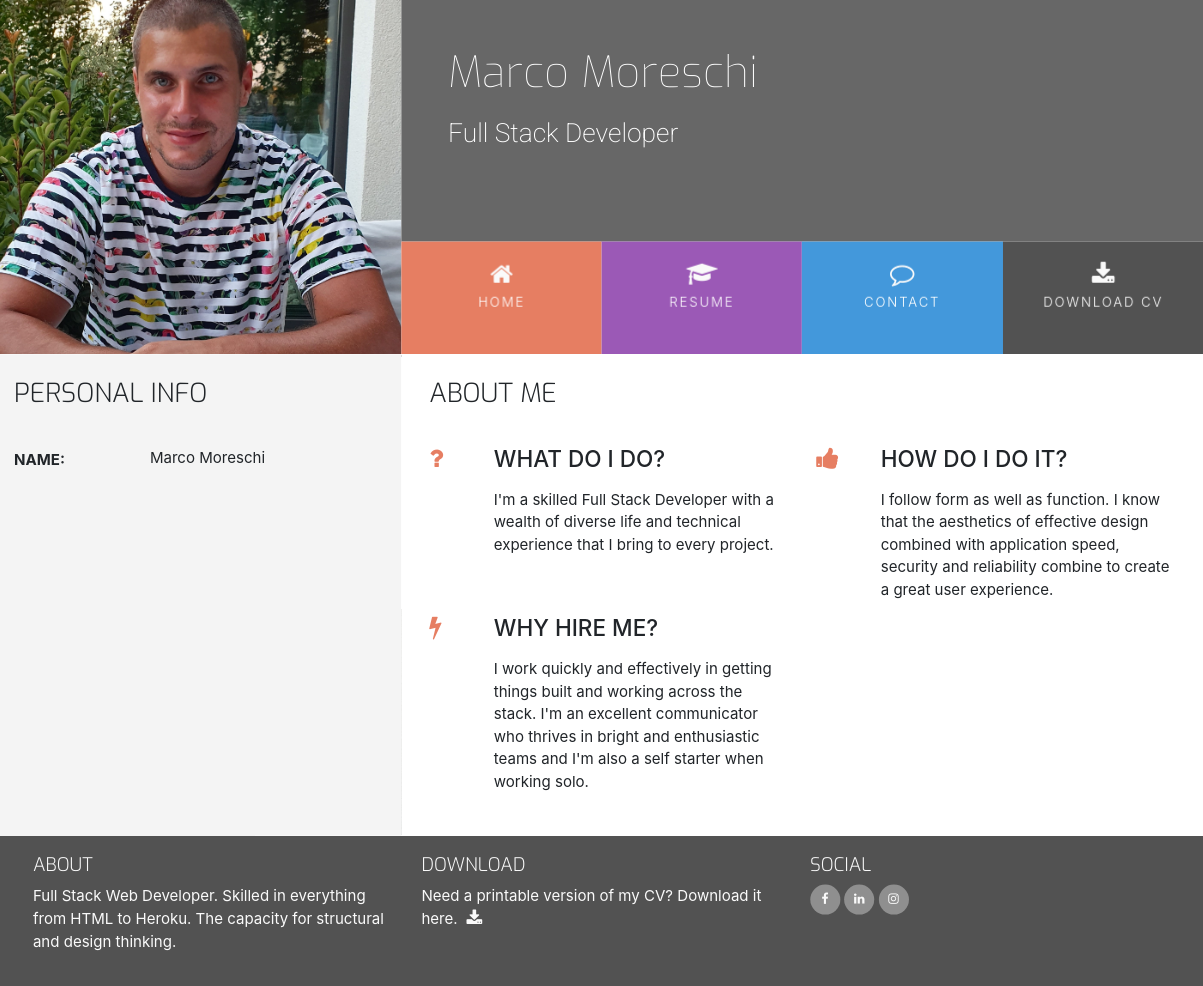
Repository: marcomoreschi/Mini-Project
Page: index.html
The author's editor kept a record of every edit. The page is drawn from the files as they stood at one moment, then again after the next edit.
The browser window is 1280 px wide. The pictures show the whole page, at 94% of full size.
Some web libraries are served in a nearby version.

Above is the page before.

After the next edit:
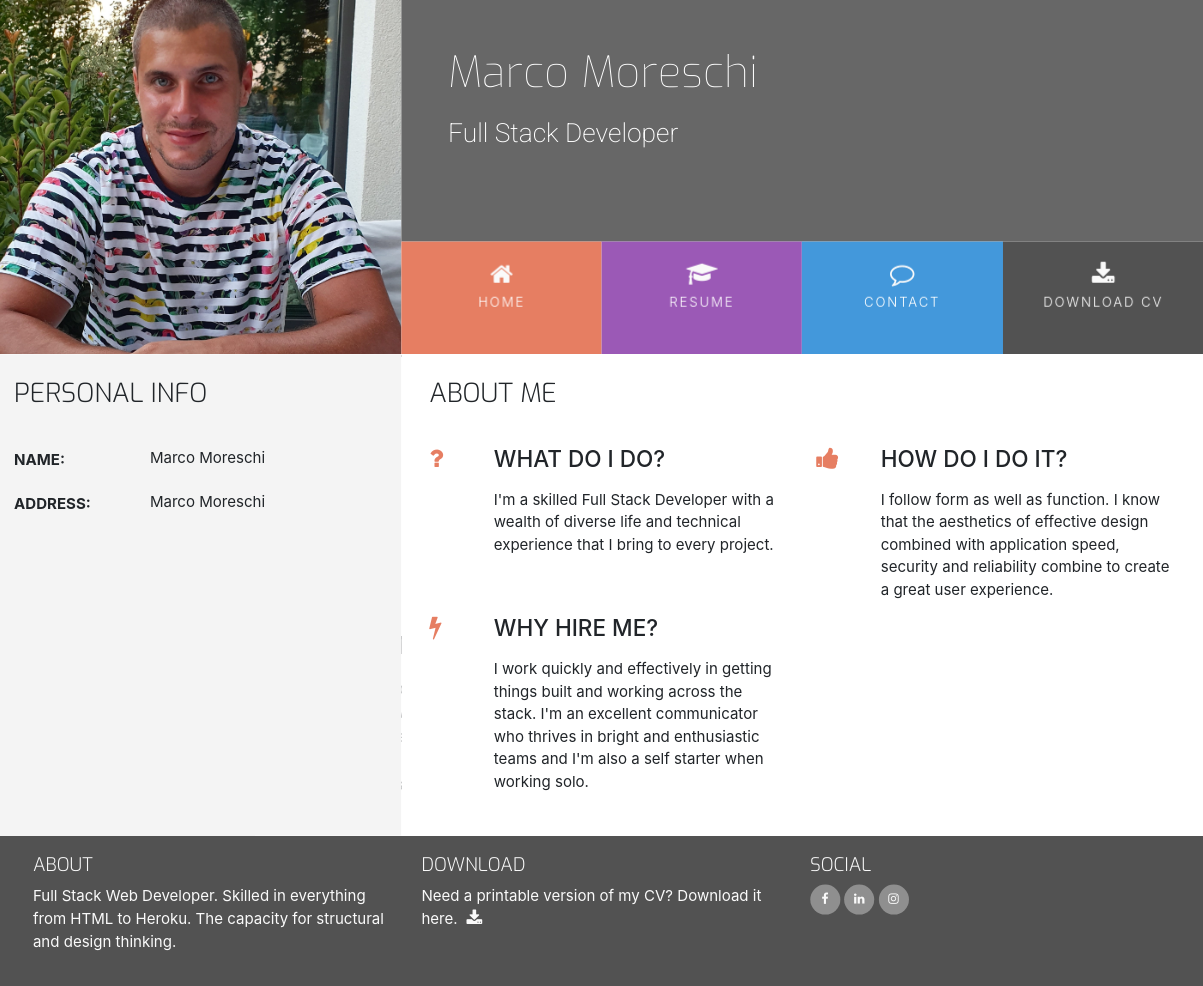
The edit:
--- a/index.html
+++ b/index.html
@@ -56,6 +56,18 @@
                     <div class="key">
                         <p class="uppercase">
                           Name:
+                        </p>
+                    </div>
+                    <div class="value">
+                        <p>
+                           Marco Moreschi
+                        </p>
+                    </div>
+                </div>
+                <div class="personal-info-item">
+                    <div class="key">
+                        <p class="uppercase">
+                          Address:
                         </p>
                     </div>
                     <div class="value">
